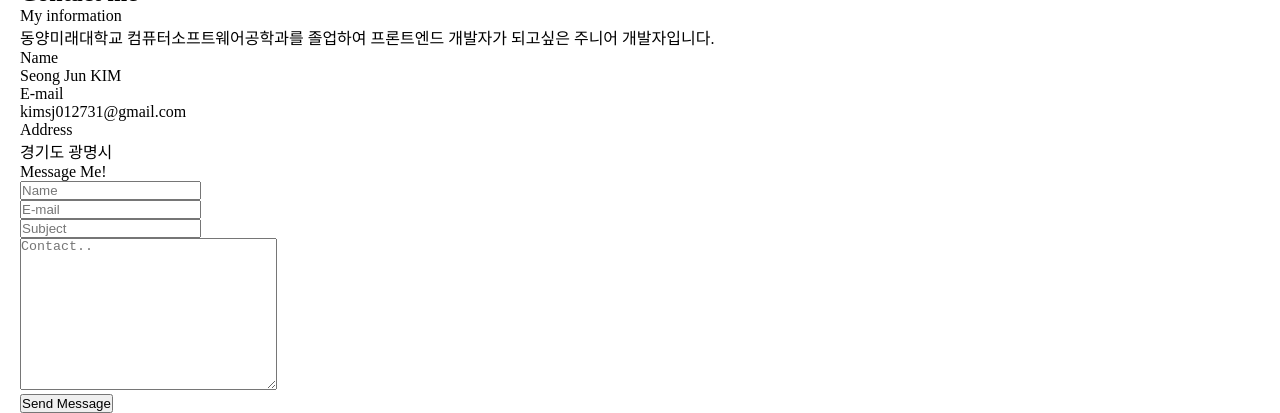
Repository: jun01270/jun
Page: index.html
An editor plug-in stored every save of this project. The page is shown before and after the next save, followed by the edit.
The browser window is 1280 px wide. The pictures show the part of the page from y = 1899 to 2366 px (the page is 2312 px tall before and 2366 px after).
A picture or video elsewhere on the page could not be fetched, so the positions and the page height are approximate. Some web libraries are served in a nearby version.

Above is the page before, as saved 2023-05-09 14:00:31.

After the next save:
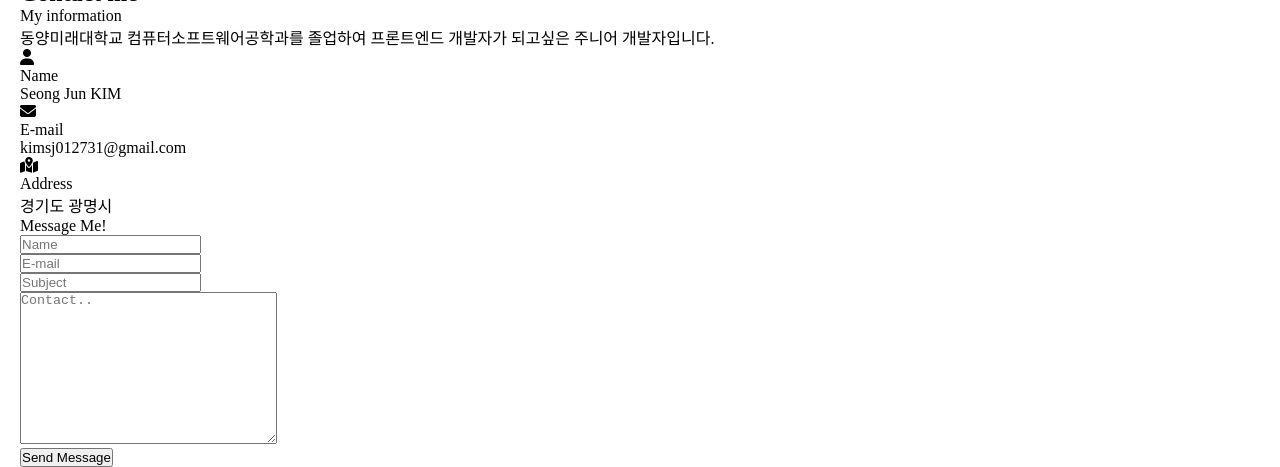
Saved 96 min 26 s later.
--- a/index.html
+++ b/index.html
@@ -6,6 +6,10 @@
     <meta name="viewport" content="width=device-width, initial-scale=1.0" />
     <link rel="stylesheet" href="./css/header.css" />
     <link rel="stylesheet" href="./css/home.css" />
+    <script
+      src="https://kit.fontawesome.com/252eac6dbf.js"
+      crossorigin="anonymous"
+    ></script>
     <title>Document</title>
   </head>
   <body>
